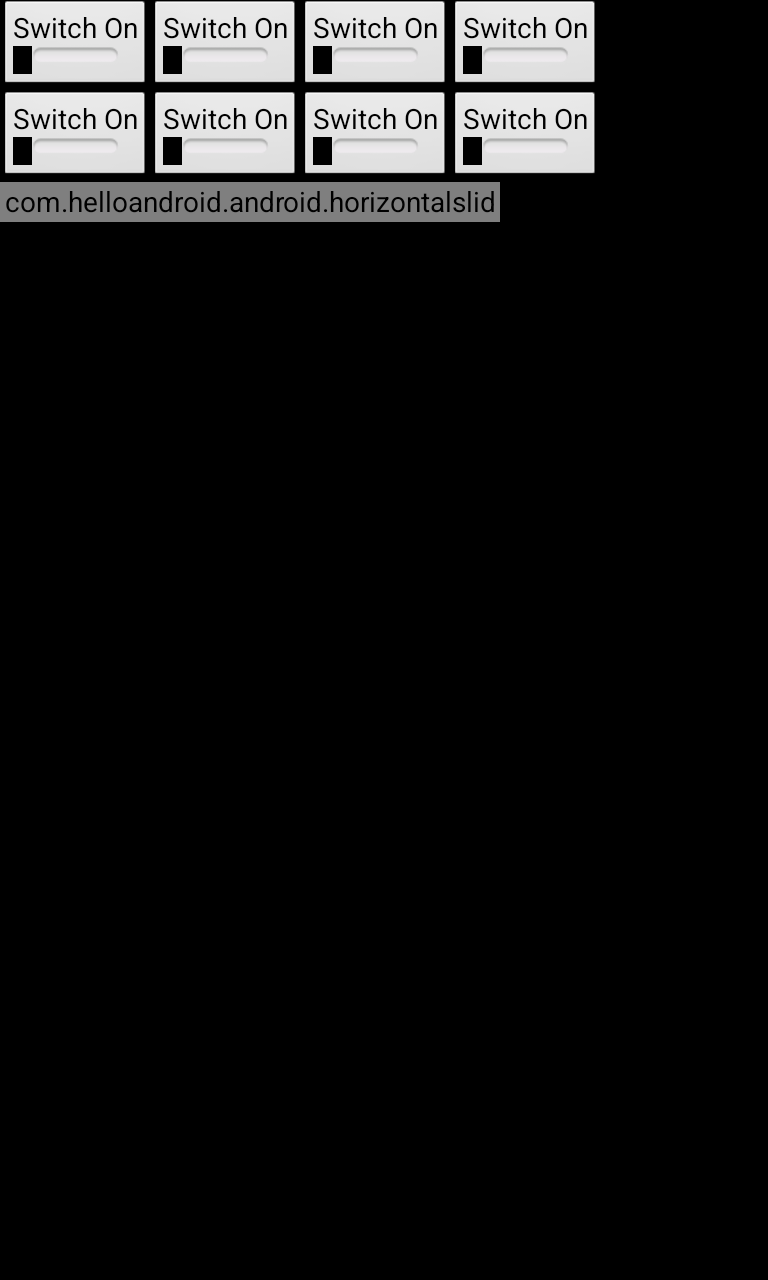
Repository: andrewmacquarrie/BoardTests
Layout: BoardTest/res/layout/main.xml
The author's editor kept a copy of each file at every save. The layout is drawn from the files as they stood at one save, then again after the next save.
Pictures or frames that could not be fetched are drawn as grey boxes. It is drawn on a 768 x 1280 px phone screen (xhdpi) without system bars, with theme android:Theme; the app's code is not run.

Above is the layout before, as saved 2011-03-29 14:34:06.

After the next save:
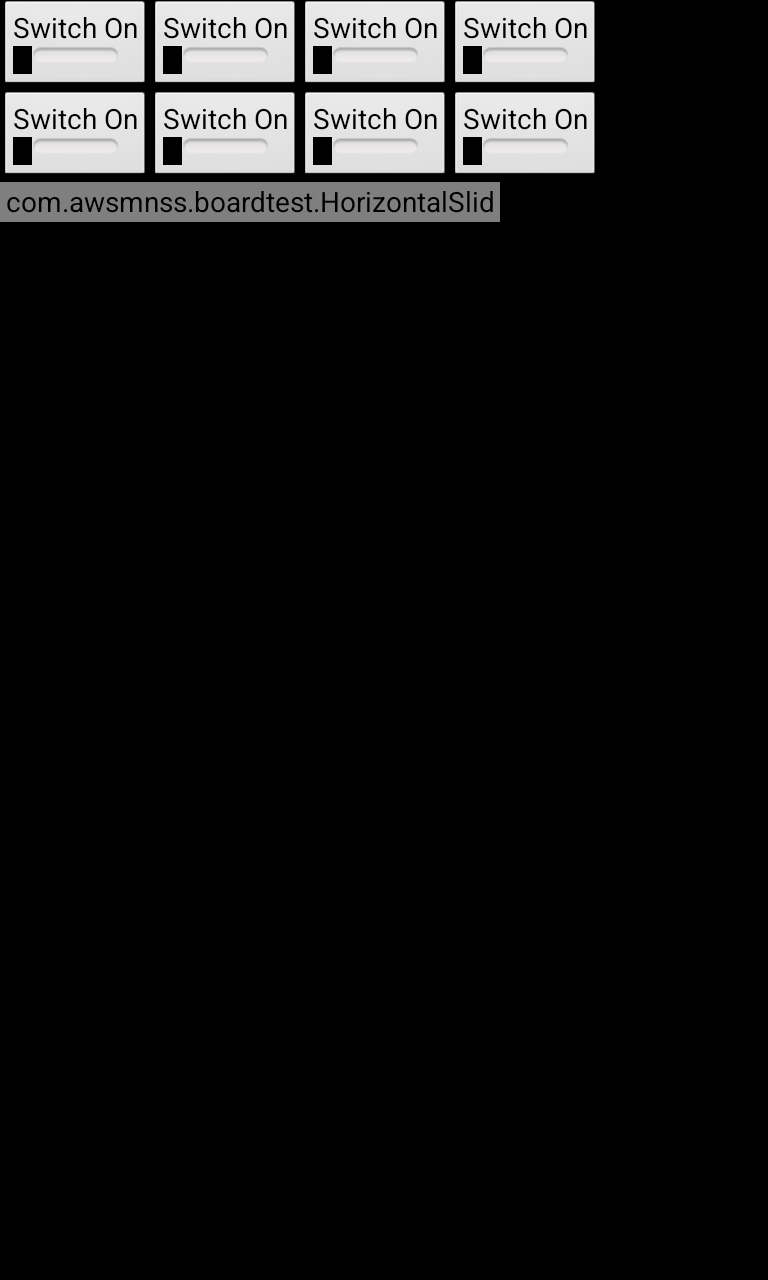
Saved 29 s later.
--- a/BoardTest/res/layout/main.xml
+++ b/BoardTest/res/layout/main.xml
@@ -72,7 +72,7 @@
 		 android:textOn="Switch Off"
 	     android:onClick="toggleOutput" />
 	</LinearLayout>
-<com.helloandroid.android.horizontalslider.HorizontalSlider
+<com.awsmnss.boardtest.HorizontalSlider
                 android:id="@+id/slider"
                 android:layout_width="250dip"
                 android:layout_height="20dip"
